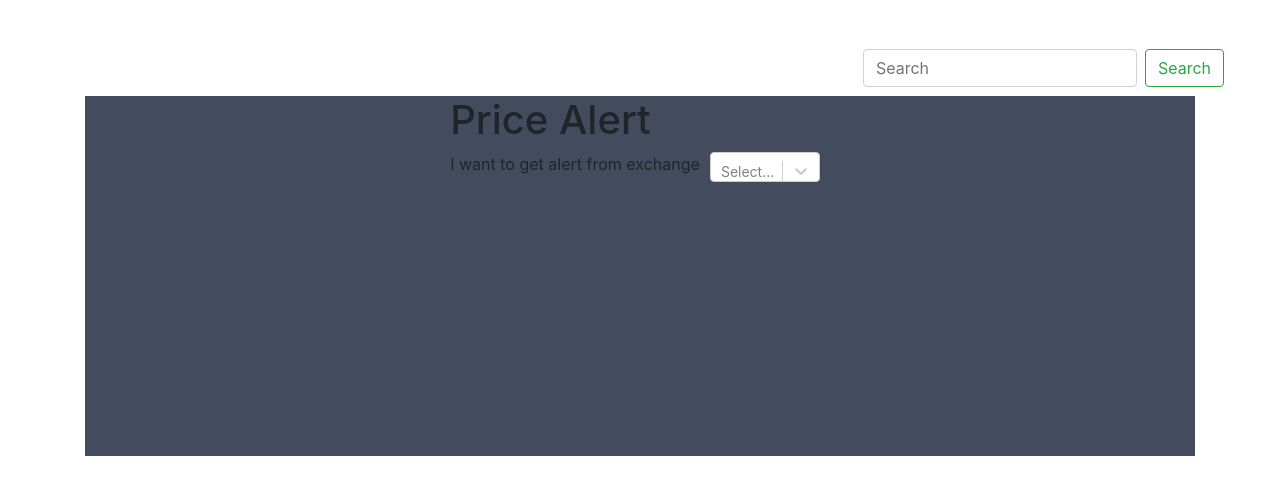
Repository: flychicken123/PriceAlertFront
Page: /
The author's editor kept a copy of each file at every save. The page is drawn from the files as they stood at one save, then again after the next save.
The browser window is 1280 px wide. The pictures show the whole page.
The page's requests for data from a server got no answer. The project was rebuilt for these pictures with package versions that can differ from the ones it lists, and the page was loaded fresh each time. No one was signed in, and anything a server would have sent is missing. Also part of the build but not shown: src/App.css.

Above is the page before, as saved 2021-03-07 10:37:35.

After the next save:
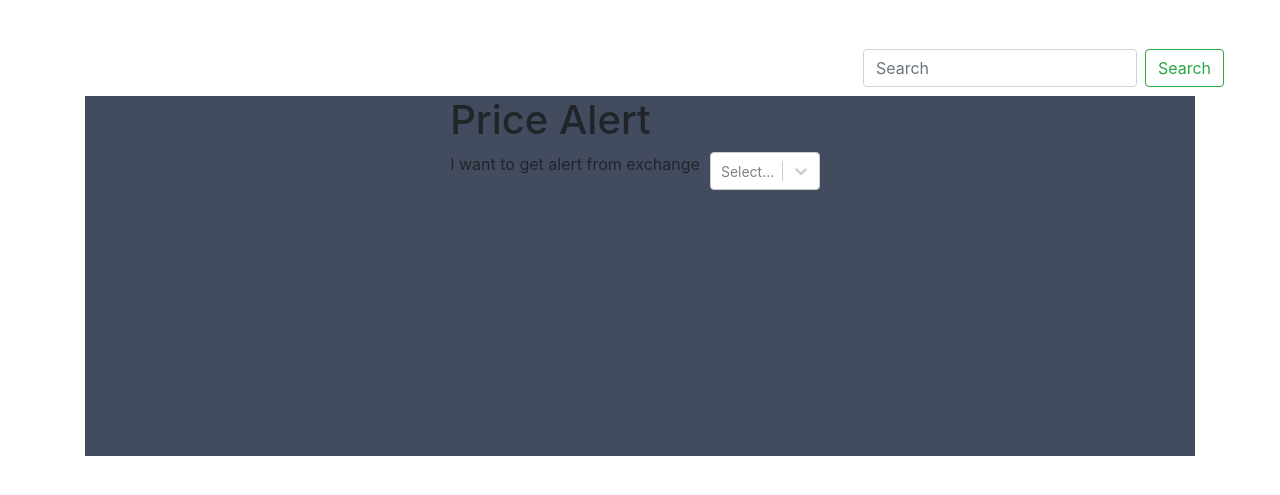
Saved 5 s later.
--- a/src/components/Home.jsx
+++ b/src/components/Home.jsx
@@ -9,7 +9,6 @@ export default function Home(props) {
         control: base => ({
             ...base,
             height: 30,
-            minHeight: 0,
             width: 110,
             fontSize: 14,
             padding: 0
